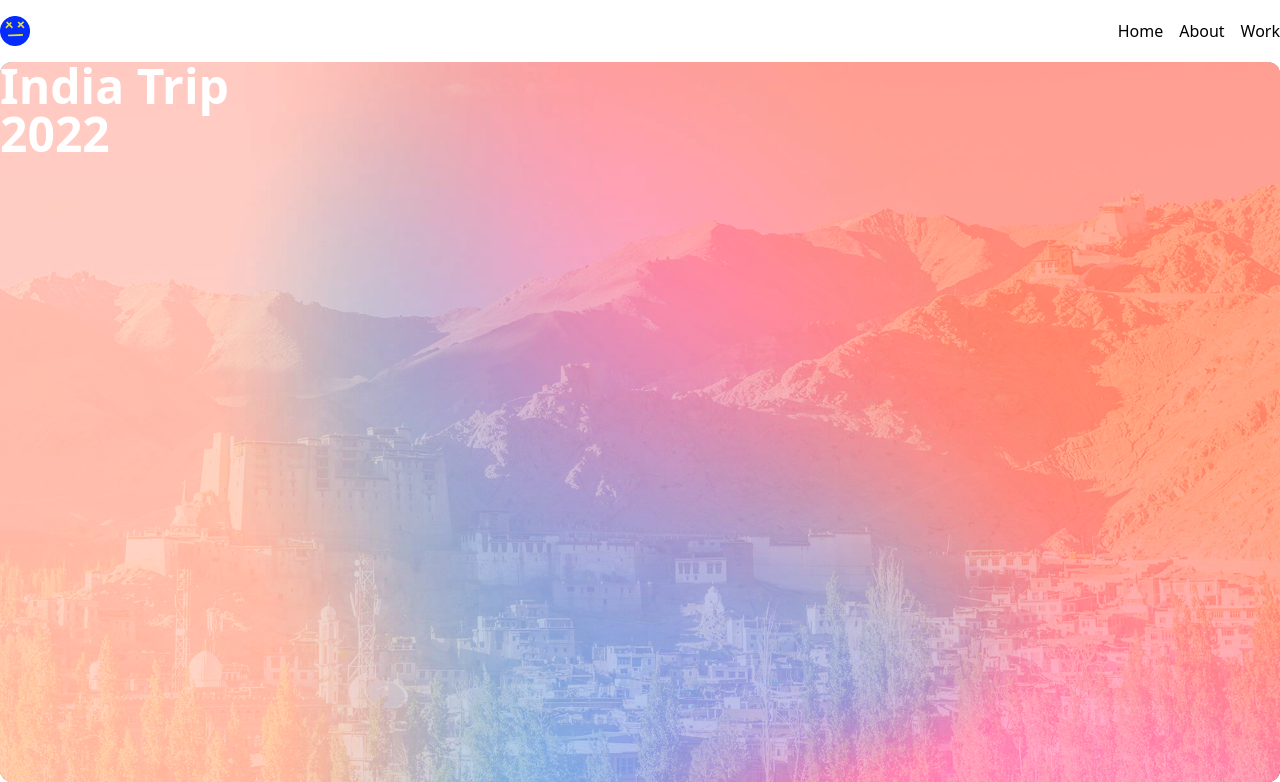
Repository: aaroncemery/aaroncemery-next
Page: /
These files come from the project's save history. The page is drawn as it stood at one moment and after the next save; the edit follows.
The browser window is 1280 px wide. The pictures show the whole page.
The project was rebuilt for these pictures with package versions that can differ from the ones it lists, and the page was loaded fresh each time. The framework's server and built-in components were replaced by stand-ins that run in the browser. Also part of the build but not shown: next.config.js.

Above is the page before, as saved 2022-06-13 19:52:20.

### pages/index.tsx
import type { NextPage } from 'next'
import { Fragment } from 'react'
import Image from 'next/image'
import NavIcon from '../public/assets/nav-icon.png'
import HeroImage from '../public/assets/lehguidelead.jpeg'
import MeshGradient from '../public/assets/mesh-gradient.jpg'
import Link from 'next/link'

const Home: NextPage = () => {
  return (
    <Fragment>
      <nav className="container flex justify-between items-center m-auto py-4">
        <Image src={NavIcon} alt={'aaroncemery icon'} height={30} width={30} />
        <ul className="flex justify-between items-center gap-4">
          <li>
            <Link href="/">Home</Link>
          </li>
          <li>
            <Link href="/about">About</Link>
          </li>
          <li>
            <Link href="/work">Work</Link>
          </li>
        </ul>
      </nav>
      <div
        className={`container relative bg-hero-pattern rounded-xl m-auto bg-cover aspect-video`}
      >
        <Image
          src={HeroImage}
          alt="hero image"
          className="relative rounded-xl"
          layout="fill"
        />
        <div className="absolute bg-mesh-gradient bg-cover w-full h-full top-0 left-0 mix-blend-screen aspect-video rounded-xl"></div>
        <div className="absolute bg-mesh-gradient bg-cover w-full h-full top-0 left-0 mix-blend-multiply aspect-video rounded-xl"></div>
        <div className="z-10 absolute text-5xl text-white mix-blend-overlay font-bold">
          <h1 className="">India Trip</h1>
          <h1 className="">2022</h1>
        </div>
      </div>
    </Fragment>
  )
}

export default Home

### tailwind.config.js
/** @type {import('tailwindcss').Config} */
module.exports = {
  content: [
    './pages/**/*.{js,ts,jsx,tsx}',
    './components/**/*.{js,ts,jsx,tsx}',
  ],
  theme: {
    extend: {
      backgroundImage: {
        'mesh-gradient': "url('/assets/mesh-gradient.jpg')",
      },
    },
  },
  plugins: [],
}

Loaded but not shown: pages/_app.tsx (common file); styles/globals.css (common file)

After the next save:
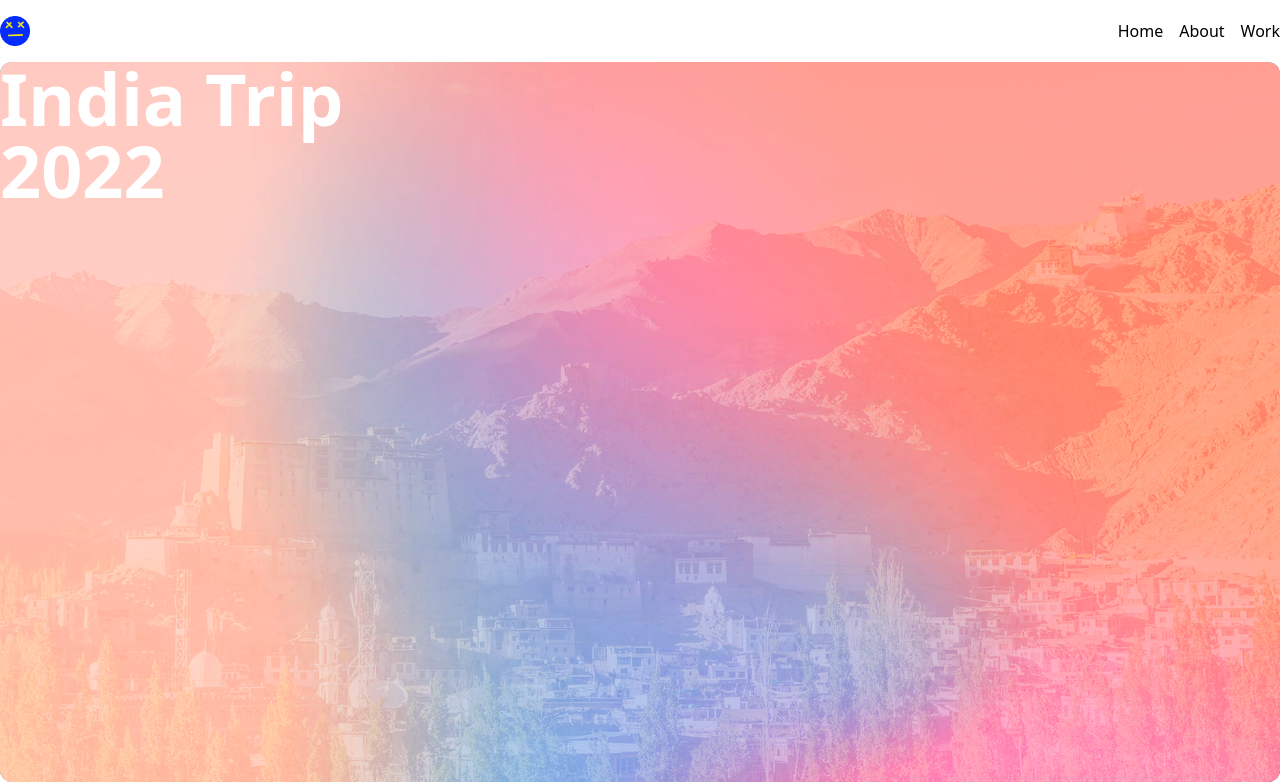
Saved 21 s later.
--- a/pages/index.tsx
+++ b/pages/index.tsx
@@ -34,7 +34,7 @@ const Home: NextPage = () => {
         />
         <div className="absolute bg-mesh-gradient bg-cover w-full h-full top-0 left-0 mix-blend-screen aspect-video rounded-xl"></div>
         <div className="absolute bg-mesh-gradient bg-cover w-full h-full top-0 left-0 mix-blend-multiply aspect-video rounded-xl"></div>
-        <div className="z-10 absolute text-5xl text-white mix-blend-overlay font-bold">
+        <div className="z-10 absolute text-7xl text-white mix-blend-overlay font-bold">
           <h1 className="">India Trip</h1>
           <h1 className="">2022</h1>
         </div>
